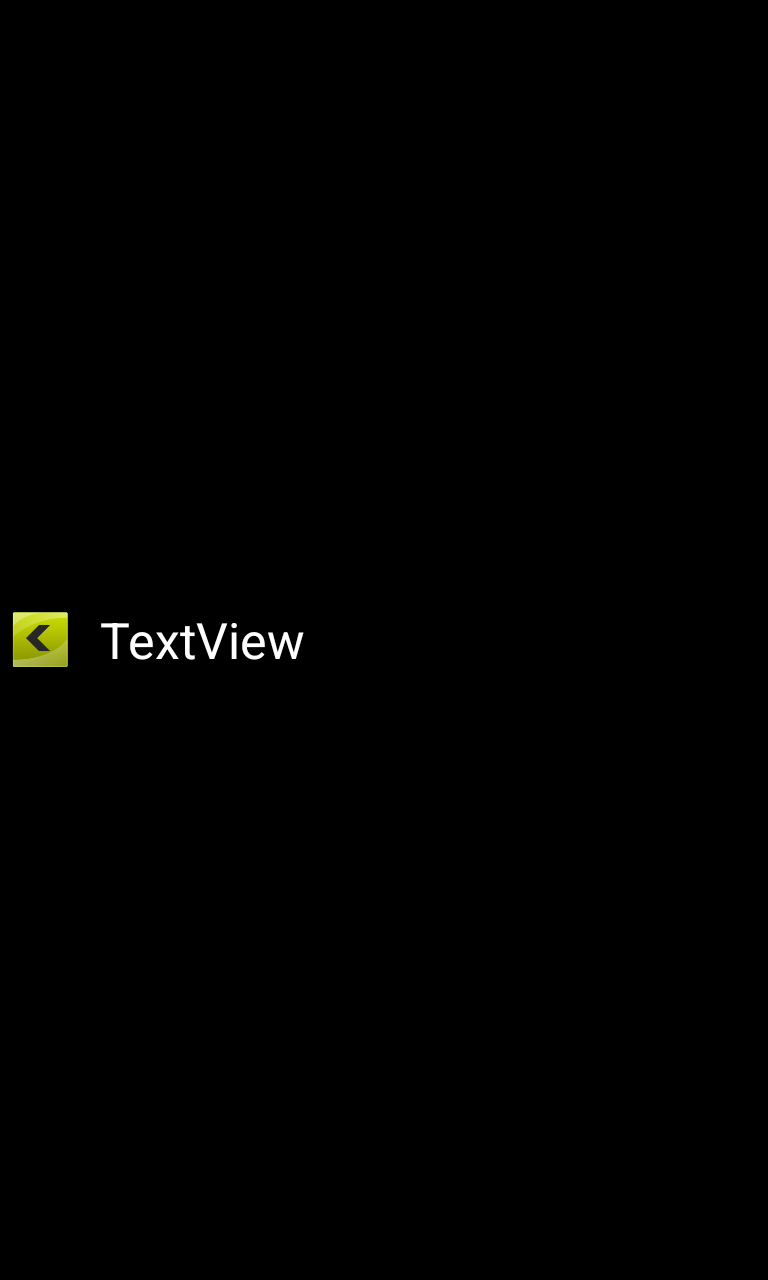
Repository: jeissie/MakeMoney
Layout: MakeMoney/res/layout/frame_left_menu_item.xml
The author's editor kept a copy of each file at every save. The layout is drawn from the files as they stood at one save, then again after the next save.
It is drawn on a 768 x 1280 px phone screen (xhdpi) without system bars, with theme AppTheme; the app's code is not run.

Above is the layout before, as saved 2014-01-03 15:34:56.

### MakeMoney/res/layout/frame_left_menu_item.xml
<?xml version="1.0" encoding="utf-8"?>
<RelativeLayout xmlns:android="http://schemas.android.com/apk/res/android"
    android:id="@+id/frame_menu_background"
    android:layout_width="match_parent"
    android:layout_height="wrap_content"
    android:background="#000">

     <ImageView
        android:id="@+id/image"
        android:layout_width="30dp"
        android:layout_height="30dp"
        android:layout_alignParentLeft="true"
        android:layout_centerVertical="true"
        android:layout_marginLeft="10dp"
        android:src="@drawable/back"
        android:layout_margin="5dp"/>

    <TextView
        android:id="@+id/text"
        android:layout_width="wrap_content"
        android:layout_height="wrap_content"
        android:layout_centerVertical="true"
        android:layout_marginLeft="10dp"
        android:layout_toRightOf="@+id/image"
        android:text="TextView"
        android:textSize="25sp"
        android:textColor="#fff" />

</RelativeLayout>

Loaded but not shown: MakeMoney/res/values/styles.xml (common file); MakeMoney/res/values-v11/styles.xml (common file); MakeMoney/res/values-v14/styles.xml (common file)

After the next save:
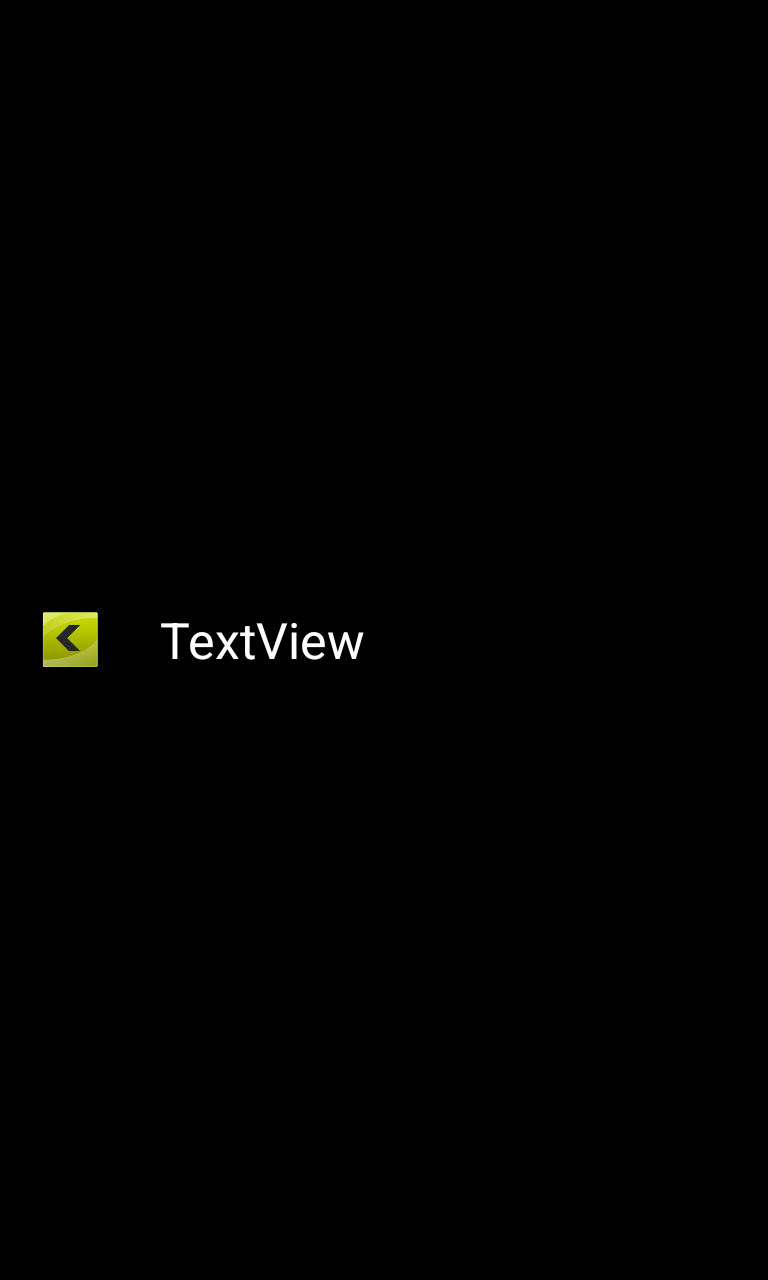
Saved 8 s later.
--- a/MakeMoney/res/layout/frame_left_menu_item.xml
+++ b/MakeMoney/res/layout/frame_left_menu_item.xml
@@ -13,7 +13,7 @@
         android:layout_centerVertical="true"
         android:layout_marginLeft="10dp"
         android:src="@drawable/back"
-        android:layout_margin="5dp"/>
+        android:layout_margin="20dp"/>
 
     <TextView
         android:id="@+id/text"
